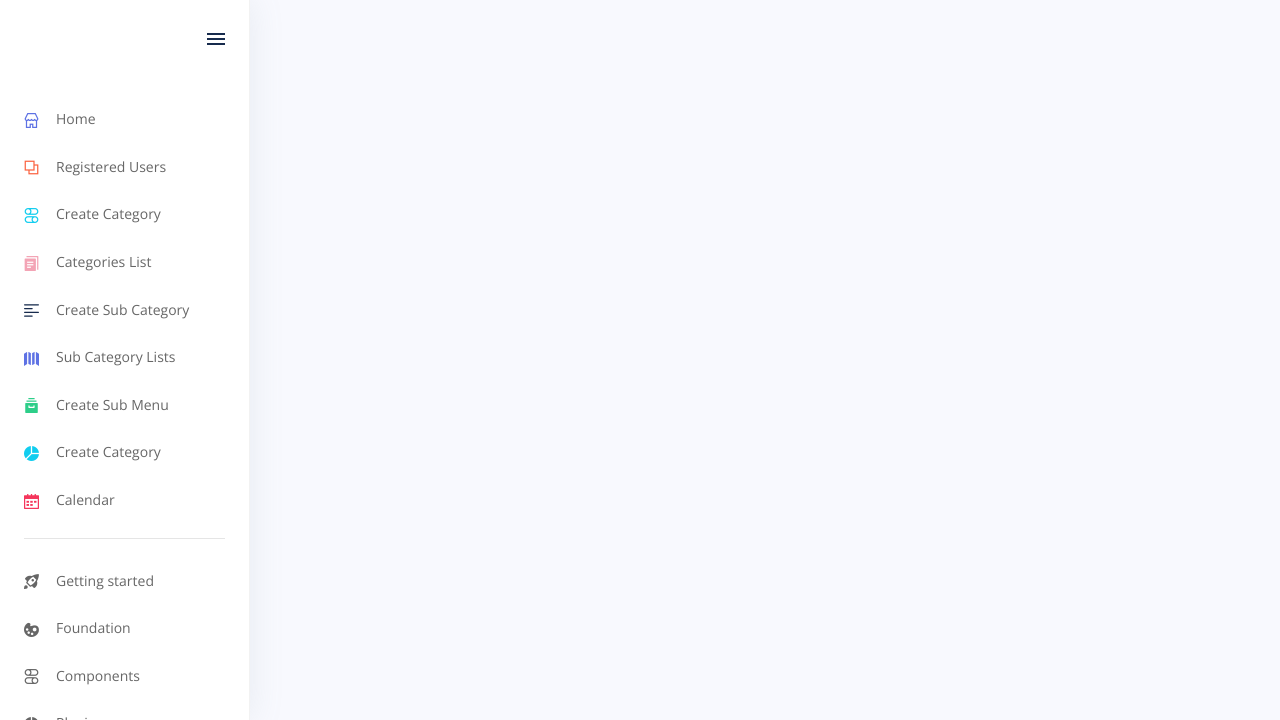
Repository: shivaylamba/caadvotescs
Page: resources/views/admin/layouts/header.blade.php
The author's editor kept a copy of each file at every save. The page is drawn from the files as they stood at one save, then again after the next save.
The browser window is 1280 px wide. The pictures show the whole page.
The page is served by the project's Laravel application, run on PHP 8.4 with Laravel 8. Other server files are loaded and not shown. The template is opened directly, without the code that normally fills it, so the values that code supplies are empty.

Above is the page before, as saved 2020-01-10 01:24:08.

### routes/web.php
<?php

/*
|--------------------------------------------------------------------------
| Web Routes
|--------------------------------------------------------------------------
|
| Here is where you can register web routes for your application. These
| routes are loaded by the RouteServiceProvider within a group which
| contains the "web" middleware group. Now create something great!
|
*/

//Route::get('/post', 'Admin\PageController@pageContent');

Route::get('/', 'Admin\MenuController@menuContent');


//Site View


Route::get('/db', function() {
    if(DB::connection()->getDatabaseName())
    {
       echo "conncted sucessfully to database ".DB::connection()->getDatabaseName();
    }
 });

Route::group(['middleware' => ['auth','admin']], function () {

    Route::get('/admin', function () {
        return view('admin.dashboard');
    });

    //Users

    Route::get('/users', 'Admin\DashboardController@registered');
    Route::get('/user-edit/{id}', 'Admin\DashboardController@useredit');
    Route::put('/user-profile-update/{id}', 'Admin\DashboardController@userupdate');
    Route::delete('/delete-user/{id}', 'Admin\DashboardController@deleteuser');

    //Services Categories
    Route::get('/create-category', 'Admin\ServicesController@createcategory');
    Route::post('/save-category', 'Admin\ServicesController@savecategory');
    Route::get('/category-list', 'Admin\ServicesController@categoryList');
    Route::delete('/delete-category/{id}', 'Admin\ServicesController@deletecategory');
    Route::get('/category-edit/{id}', 'Admin\ServicesController@categoryedit');
    Route::post('/update-category/{id}', 'Admin\ServicesController@updatecategory');

    //Services SubCategories
    Route::get('/create-subcategory', 'Admin\ServicesController@createsubcategory');
    Route::post('/save-subcategory', 'Admin\ServicesController@savesubcategory');
    Route::get('/subcategory-list', 'Admin\ServicesController@subcategoryList');
    Route::delete('/delete-subcategory/{id}', 'Admin\ServicesController@deletesubcategory');
    Route::get('/subcategory-edit/{id}', 'Admin\ServicesController@subcategoryedit');
    Route::post('/update-subcategory/{id}', 'Admin\ServicesController@updatesubcategory');

    //Services Page









});

Auth::routes();

Route::get('/home', 'HomeController@index')->name('home');

### app/Http/Controllers/Auth/LoginController.php
<?php

namespace App\Http\Controllers\Auth;

use App\Http\Controllers\Controller;
use Illuminate\Foundation\Auth\AuthenticatesUsers;
use Illuminate\Support\Facades\Auth;


class LoginController extends Controller
{
    /*
    |--------------------------------------------------------------------------
    | Login Controller
    |--------------------------------------------------------------------------
    |
    | This controller handles authenticating users for the application and
    | redirecting them to your home screen. The controller uses a trait
    | to conveniently provide its functionality to your applications.
    |
    */

    use AuthenticatesUsers;

    /**
     * Where to redirect users after login.
     *
     * @var string
     */
    //protected $redirectTo = '/home';

    protected function redirectTo()
    {
        if(Auth::user()->usertype == 'admin')
        {
            return 'admin';
        }
        else
        {
            return 'home';
        }
    }

    /**
     * Create a new controller instance.
     *
     * @return void
     */
    public function __construct()
    {
        $this->middleware('guest')->except('logout');
    }
}

### resources/views/admin/layouts/header.blade.php
<!DOCTYPE html>
<html>
<head>
  <meta charset="utf-8">
  <meta name="viewport" content="width=device-width, initial-scale=1, shrink-to-fit=no">
  <meta name="description" content="">
  <meta name="author" content="">
  <title></title>
  <!-- Extra details for Live View on GitHub Pages -->
  <!-- Canonical SEO -->
  <link rel="canonical" href="" />
  <!--  Social tags      -->
  <meta name="keywords" content="">
  <meta name="description" content="">
  <!-- Schema.org markup for Google+ -->
  <meta itemprop="name" content="">
  <meta itemprop="description" content="">
  <meta itemprop="image" content="">
  <!-- Twitter Card data -->
  <meta name="twitter:card" content="product">
  <meta name="twitter:site" content="">
  <meta name="twitter:title" content="">
  <meta name="twitter:description" content="">
  <meta name="twitter:creator" content="">
  <meta name="twitter:image" content="">
  <!-- Favicon -->
  <link rel="icon" href="" type="image/png">
  <!-- Fonts -->
  <link rel="stylesheet" href="https://fonts.googleapis.com/css?family=Open+Sans:300,400,600,700">
  <!-- Icons -->
  <link rel="stylesheet" href="../../assets/vendor/nucleo/css/nucleo.css" type="text/css">
  <link rel="stylesheet" href="../../assets/vendor/@fortawesome/fontawesome-free/css/all.min.css" type="text/css">
  <link rel="stylesheet" href="https://maxcdn.bootstrapcdn.com/bootstrap/4.0.0/css/bootstrap.min.css" integrity="sha384-Gn5384xqQ1aoWXA+058RXPxPg6fy4IWvTNh0E263XmFcJlSAwiGgFAW/dAiS6JXm" crossorigin="anonymous">
  <!-- Page plugins -->
  <link rel="stylesheet" href="../../assets/vendor/datatables.net-bs4/css/dataTables.bootstrap4.min.css">
  <link rel="stylesheet" href="../../assets/vendor/datatables.net-buttons-bs4/css/buttons.bootstrap4.min.css">
  <link rel="stylesheet" href="../../assets/vendor/datatables.net-select-bs4/css/select.bootstrap4.min.css">
  <!-- Argon CSS -->
  <link rel="stylesheet" href="../../assets/css/argon.min.css" type="text/css">
  <link rel="stylesheet" href="../../assets/css/custom.css" type="text/css">
</head>

<body>
  <!-- Sidenav -->
  <nav class="sidenav navbar navbar-vertical fixed-left navbar-expand-xs navbar-light bg-white" id="sidenav-main">
    <div class="scrollbar-inner">
      <!-- Brand -->
      <div class="sidenav-header d-flex align-items-center">
        <a class="navbar-brand" href="dashboard.html">
          <img src="../../assets/img/brand/logo-black.jpg" style="width:250px; height:150px;" class="navbar-brand-img" alt="...">
        </a>
        <div class="ml-auto">
          <!-- Sidenav toggler -->
          <div class="sidenav-toggler d-none d-xl-block" data-action="sidenav-unpin" data-target="#sidenav-main">
            <div class="sidenav-toggler-inner">
              <i class="sidenav-toggler-line"></i>
              <i class="sidenav-toggler-line"></i>
              <i class="sidenav-toggler-line"></i>
            </div>
          </div>
        </div>
      </div>
      <div class="navbar-inner">
        <!-- Collapse -->
        <div class="collapse navbar-collapse" id="sidenav-collapse-main">
          <!-- Nav items -->
          <ul class="navbar-nav">
            <li class="nav-item">
            <a class="nav-link {{'admin' == request()->path() ? 'active' : ''}}" href="/admin"  role="button" aria-expanded="true" aria-controls="navbar-dashboards">
                <i class="ni ni-shop text-primary"></i>
                <span class="nav-link-text">Home</span>
              </a>
            </li>
            <li class="nav-item">
              <a class="nav-link {{'users' == request()->path() ? 'active' : ''}}" href="/users" role="button" aria-expanded="false" aria-controls="navbar-examples">
                <i class="ni ni-ungroup text-orange"></i>
                <span class="nav-link-text">Registered Users</span>
              </a>
            </li>
            <li class="nav-item">
              <a class="nav-link {{'create-category' == request()->path() ? 'active' : ''}}" href="/create-category"  role="button" aria-expanded="false" aria-controls="navbar-components">
                <i class="ni ni-ui-04 text-info"></i>
                <span class="nav-link-text">Create Category</span>
              </a>
            </li>
            <li class="nav-item">
              <a class="nav-link {{'category-list' == request()->path() ? 'active' : ''}}" href="/category-list"  role="button" aria-expanded="false" aria-controls="navbar-forms">
                <i class="ni ni-single-copy-04 text-pink"></i>
                <span class="nav-link-text">Categories List</span>
              </a>
            </li>
            <li class="nav-item">
              <a class="nav-link {{'create-subcategory' == request()->path() ? 'active' : ''}}" href="/create-subcategory" role="button" aria-expanded="false" aria-controls="navbar-tables">
                <i class="ni ni-align-left-2 text-default"></i>
                <span class="nav-link-text">Create Sub Category</span>
              </a>
            </li>
            <li class="nav-item">
              <a class="nav-link {{'subcategory-list' == request()->path() ? 'active' : ''}}" href="/subcategory-list" role="button" aria-expanded="false" aria-controls="navbar-maps">
                <i class="ni ni-map-big text-primary"></i>
                <span class="nav-link-text">Sub Category Lists</span>
              </a>
            </li>
            <li class="nav-item">
              <a class="nav-link {{'create-submenu' == request()->path() ? 'active' : ''}}" href="/create-submenu">
                <i class="ni ni-archive-2 text-green"></i>
                <span class="nav-link-text">Create Sub Menu</span>
              </a>
            </li>
            <li class="nav-item">
              <a class="nav-link {{'create-category' == request()->path() ? 'active' : ''}}" href="/create-category">
                <i class="ni ni-chart-pie-35 text-info"></i>
                <span class="nav-link-text">Create Category</span>
              </a>
            </li>
            <li class="nav-item">
              <a class="nav-link" href="../calendar.html">
                <i class="ni ni-calendar-grid-58 text-red"></i>
                <span class="nav-link-text">Calendar</span>
              </a>
              <div class="collapse" id="MentorPage">
                <ul class="nav">
                  <li>
                    <a href="../examples/pages/pricing.html">
                      <span class="sidebar-mini-icon">+</span>
                      <span class="sidebar-normal"> Add </span>
                    </a>
                  </li>
                  <li>
                    <a href="../examples/pages/rtl.html">
                      <span class="sidebar-mini-icon">-</span>
                      <span class="sidebar-normal">Remove</span>
                    </a>
                  </li>
                  <li>
                    <a href="./mentor_list.php">
                      <span class="sidebar-mini-icon">L</span>
                      <span class="sidebar-normal">List</span>
                    </a>
                  </li>
                </ul>
              </div>
            </li>
          </ul>
          <!-- Divider -->
          <hr class="my-3">
          <!-- Heading -->
          <h6 class="navbar-heading p-0 text-muted">Documentation</h6>
          <!-- Navigation -->
          <ul class="navbar-nav mb-md-3">
            <li class="nav-item">
              <a class="nav-link" href="../../docs/getting-started/overview.html" target="_blank">
                <i class="ni ni-spaceship"></i>
                <span class="nav-link-text">Getting started</span>
              </a>
            </li>
            <li class="nav-item">
              <a class="nav-link" href="../../docs/foundation/colors.html" target="_blank">
                <i class="ni ni-palette"></i>
                <span class="nav-link-text">Foundation</span>
              </a>
            </li>
            <li class="nav-item">
              <a class="nav-link" href="../../docs/components/alerts.html" target="_blank">
                <i class="ni ni-ui-04"></i>
                <span class="nav-link-text">Components</span>
              </a>
            </li>
            <li class="nav-item">
              <a class="nav-link" href="../../docs/plugins/charts.html" target="_blank">
                <i class="ni ni-chart-pie-35"></i>
                <span class="nav-link-text">Plugins</span>
              </a>
            </li>
          </ul>
        </div>
      </div>
    </div>
  </nav>

### public/assets/css/custom.css
.navbar-vertical.navbar-expand-xs .navbar-nav>.nav-item>.nav-link.active {
    background: #ffa4ff6b !important;
}

Loaded but not shown: app/Http/Controllers/Controller.php (common file); public/assets/css/argon.min.css (library)

After the next save:
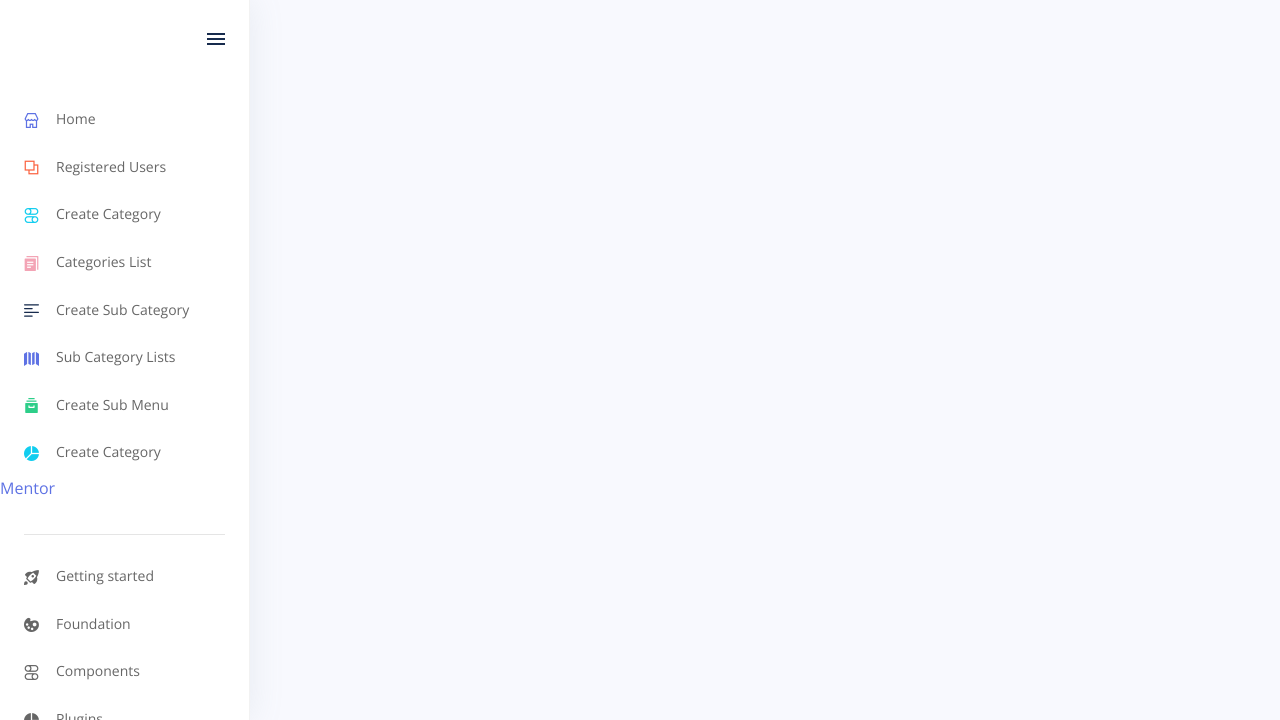
Saved 23 s later.
--- a/resources/views/admin/layouts/header.blade.php
+++ b/resources/views/admin/layouts/header.blade.php
@@ -113,10 +113,13 @@
                 <span class="nav-link-text">Create Category</span>
               </a>
             </li>
-            <li class="nav-item">
-              <a class="nav-link" href="../calendar.html">
-                <i class="ni ni-calendar-grid-58 text-red"></i>
-                <span class="nav-link-text">Calendar</span>
+            <li>
+              <a data-toggle="collapse" href="#MentorPage">
+                <i class="tim-icons icon-support-17"></i>
+                <p>
+                  Mentor
+                  <b class="caret"></b>
+                </p>
               </a>
               <div class="collapse" id="MentorPage">
                 <ul class="nav">

After the save that followed:
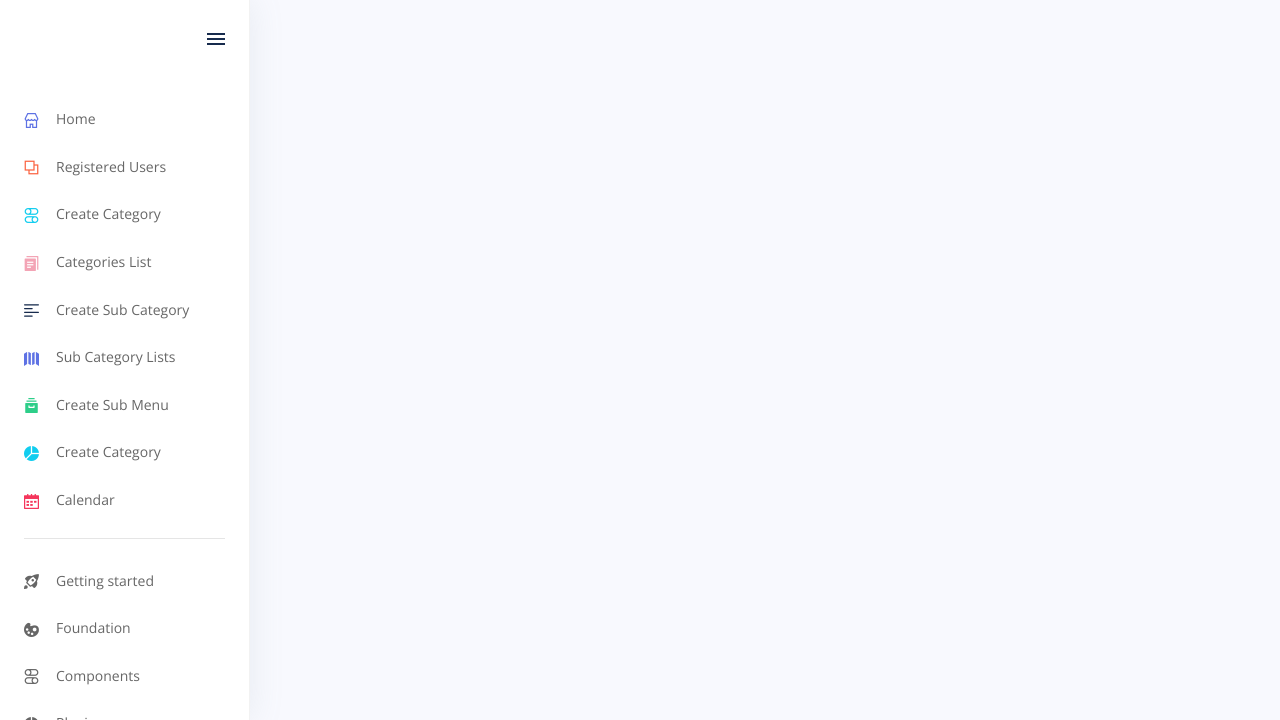
Saved 41 s later.
--- a/resources/views/admin/layouts/header.blade.php
+++ b/resources/views/admin/layouts/header.blade.php
@@ -113,13 +113,10 @@
                 <span class="nav-link-text">Create Category</span>
               </a>
             </li>
-            <li>
-              <a data-toggle="collapse" href="#MentorPage">
-                <i class="tim-icons icon-support-17"></i>
-                <p>
-                  Mentor
-                  <b class="caret"></b>
-                </p>
+            <li class="nav-item">
+              <a class="nav-link" href="../calendar.html">
+                <i class="ni ni-calendar-grid-58 text-red"></i>
+                <span class="nav-link-text">Calendar</span>
               </a>
               <div class="collapse" id="MentorPage">
                 <ul class="nav">
